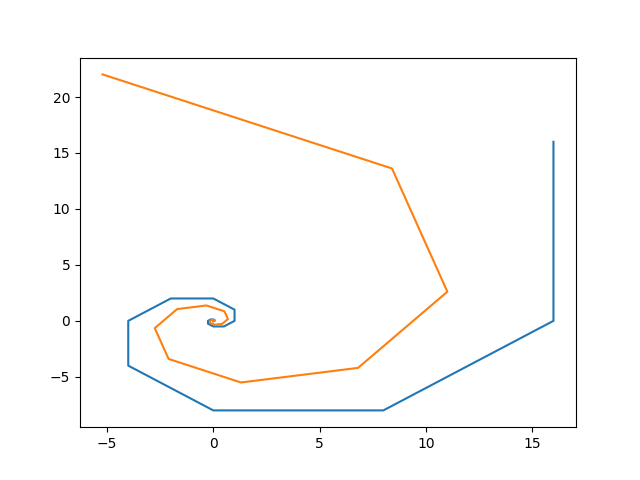
Repository: lbylzkx/Circle-Point-Manuscript
Script's output: python 卍.py
An editor plug-in stored every save of this project. The script's output is shown before and after the next save, followed by the edit.
Random numbers start from a fixed seed.

Above is the script's output before, as saved 2023-09-20 11:09:43.

### 卍.py
import numpy as np
import matplotlib.pyplot as plt


def x_position(n, thelta=0):
    return np.sqrt(2)**n*np.cos(n*np.pi/4+thelta)


def y_position(n, thelta=0):
    return np.sqrt(2)**n*np.sin(n*np.pi/4+thelta)


x = [x_position(i, thelta=0) for i in range(-10, 10)]
y = [y_position(i, thelta=0) for i in range(-10, 10)]

plt.plot(x, y)
x1 = [x_position(i, thelta=45) for i in range(-10, 10)]
y1 = [y_position(i, thelta=45) for i in range(-10, 10)]
plt.plot(x1, y1)

plt.show()

After the next save:
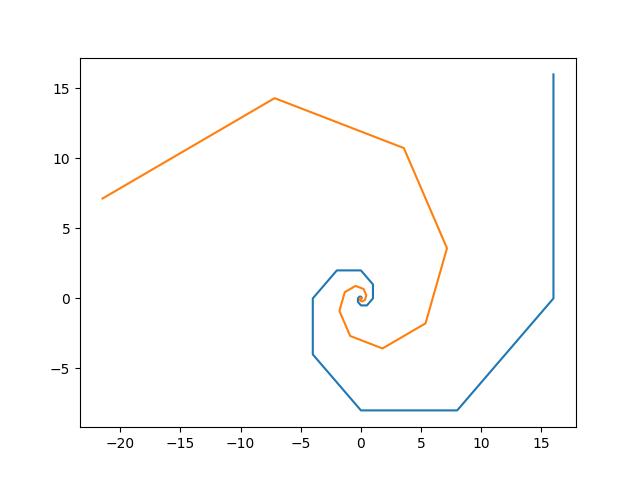
Saved 21 s later.
--- a/卍.py
+++ b/卍.py
@@ -14,8 +14,8 @@ x = [x_position(i, thelta=0) for i in range(-10, 10)]
 y = [y_position(i, thelta=0) for i in range(-10, 10)]
 
 plt.plot(x, y)
-x1 = [x_position(i, thelta=45) for i in range(-10, 10)]
-y1 = [y_position(i, thelta=45) for i in range(-10, 10)]
+x1 = [x_position(i, thelta=90) for i in range(-10, 10)]
+y1 = [y_position(i, thelta=90) for i in range(-10, 10)]
 plt.plot(x1, y1)
 
 plt.show()
